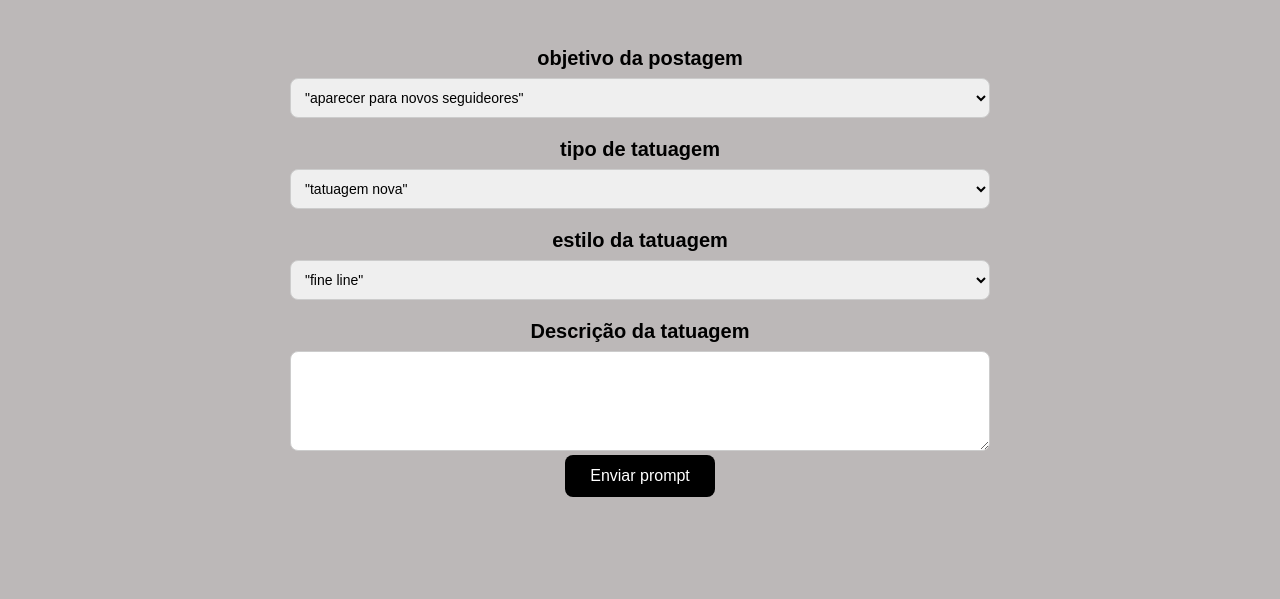
Repository: Ubiratandev/ink_api
Page: ink_IA/ink_ia.html
These files come from the project's save history. The page is drawn as it stood at one moment and after the next save; the edit follows.
The browser window is 1280 px wide. The pictures show the whole page.

Above is the page before, as saved 2026-03-25 00:14:24.

### ink_IA/ink_ia.html
<!DOCTYPE html>
<html>
<head>
    <link rel="stylesheet" href="styles.css">
    <title>Ink IA</title>
</head>
<body>
   <div class="objetivo">
    <h2>objetivo da postagem</h2>
    <select value = "Objetivo da postagem:" id = "objetivo" onchange={changeObjetivo()}>
    <optgroup>
        <option value = "aparecer para novos seguideores"> "aparecer para novos seguideores"</option>
        <option value = "engajar com pessoas que ja viram as suas postagens">"engajar com pessoas que ja viram as suas postagens"</option>
        <option value = "vender para pessoas que ja engajaram com voce">"vender para pessoas que ja engajaram com voce"</option>
    </optgroup>
   </select>
   <script>
    const changeObjetivo =()=>{
   const objetivo = document.getElementById("objetivo").value;
   }
   </script>
   </div>

   <div class="tipo_tatuagem">


    <h2>tipo de tatuagem</h2>
    <select value = "tipo de tatuagem" id ="tipo" onchange={changeTipo()}>
    <optgroup>
        <option value = "tatuagem nova"> "tatuagem nova"</option>
        <option value = "cobertura">"cobertura"</option>
        <option value = "reforma">"reforma"</option>
    </optgroup>
   </select>
   <script>
   const changeTipo =()=>{
    const tipo = document.getElementById("tipo").value;
   }
   </script>
   </div>



   <div class="estilo">


    <h2>estilo da tatuagem</h2>
    <select value = "estilo da tatuagem" id = "estilo" onchange = {changeEstilo()}>
    <optgroup>
        <option value = "fine line"> "fine line"</option>
        <option value = "realismo preto e cinza">"realismo preto e cinza"</option>
        <option value = "realismo colorido">"realismo colorido"</option>
        <option value = "neotradicional">"neotradicional"</option>

    </optgroup>
   </select>
   <script>
    const changeEstilo = ()=>{
        const estilo = document.getElementById("estilo").value;
    }
   </script>
   </div>

<div>
  <h2>Descrição da tatuagem</h2>

  <textarea id="descricao"></textarea>


  <script>
    let desc = "";

    const descricao = document.getElementById("descricao");

    descricao.addEventListener("input", () => {
      desc = descricao.value;

    });
  </script>
</div>

<script>
    function abrirModal(texto) {
  document.getElementById("conteudoResposta").innerText = texto;
  document.getElementById("modal").style.display = "block";
}

function fecharModal() {
  document.getElementById("modal").style.display = "none";
}
</script>

    <div id="modal" style="display:none; position:fixed; top:0; left:0; width:100%; height:100%; background:rgba(0,0,0,0.6);">

  <div style="background:white; padding:20px; margin:10% auto; width:60%; border-radius:10px;">

    <button onclick="fecharModal()">X</button>

    <h3>Resultado</h3>
    <p id="conteudoResposta"></p>

  </div>

</div>


   <div>
<button onclick="enviarPrompt()">Enviar prompt</button>
   <script>
    const enviarPrompt =()=>{
        let prompt = `Você é um especialista em marketing para tatuadores.

Crie uma legenda para Instagram com base EXCLUSIVAMENTE nas informações abaixo:

Descrição: ${desc}
Tipo: ${tipo}
Estilo: ${estilo}
Objetivo: ${objetivo}

REGRAS IMPORTANTES:
- NÃO invente elementos que não estão na descrição
- NÃO substitua palavras por sinônimos (ex: borboleta ≠ mariposa)
- Use exatamente os conceitos fornecidos
- Seja fiel à descrição
- Não adicione nada que não seja referente a postagem, nem comentarios nem observações

A legenda deve:
- Ser envolvente e natural
- Conversar com o público de tatuagem
- Incluir um CTA sutil

Inclua também:
- 10 hashtags relevantes BASEADAS SOMENTE na descrição

Formato:

Legenda:
CTA:
Hashtags:`
enviar(prompt)
    }
   </script>
   </div>

   <script>
    async function enviar(prompt) {

  const response = await fetch("http://localhost:5000/gerar", {
    method: "POST",
    headers: {
      "Content-Type": "application/json"
    },
    body: JSON.stringify({
      prompt: prompt
    })
  });

  const data = await response.json();
abrirModal(data.resposta);
  console.log(data.resposta);

}
   </script>
</body>
</html>

### ink_IA/styles.css
/* RESET básico */
body {
  margin: 0;
  padding: 15px;
  font-family: Arial, sans-serif;
  background: #bcb8b8;
  justify-content:center;
  align-items:center;
  text-align:center;


}

/* títulos */
h2 {
  font-size: 18px;
  margin-bottom: 8px;
}

/* containers */
.objetivo,
.tipo_tatuagem,
.estilo,
div {
  margin-bottom: 20px;
}

/* inputs */
select,
textarea {
  width: 100%;
  padding: 10px;
  border-radius: 8px;
  border: 1px solid #ccc;
  font-size: 14px;
  box-sizing: border-box;
}

/* textarea */
textarea {
  min-height: 100px;
  resize: vertical;
}

/* botão */
button {
  width: 100%;
  padding: 12px;
  background: black;
  color: white;
  border: none;
  border-radius: 8px;
  font-size: 16px;
  cursor: pointer;
  margin:auto;
}

button:hover {
  background: #333;
}

/* MODAL */
#modal {
  display: none;
  position: fixed;
  top: 0;
  left: 0;
  width: 100%;
  height: 100%;
  background: rgba(0,0,0,0.6);
}

#modal .box {
  background: white;
  padding: 20px;
  margin: 20% auto;
  width: 90%;
  border-radius: 10px;
  max-height: 70vh;
  overflow-y: auto;
}

/* texto do modal */
#conteudoResposta {
  white-space: pre-line;
  font-size: 14px;
  line-height: 1.5;
}

/* botão fechar */
#modal button {
  width: auto;
  background: red;
  margin-bottom: 10px;
}



@media (min-width: 768px) {

  body {
    padding: 30px;
  }

  /* centraliza layout */
  body > div {
    max-width: 700px;
    margin: auto;
  }

  button {
    width: auto;
    padding: 12px 25px;
  }

  #modal .box {
    width: 60%;
    margin: 10% auto;
  }

  h2 {
    font-size: 20px;
  }
}

After the next save:
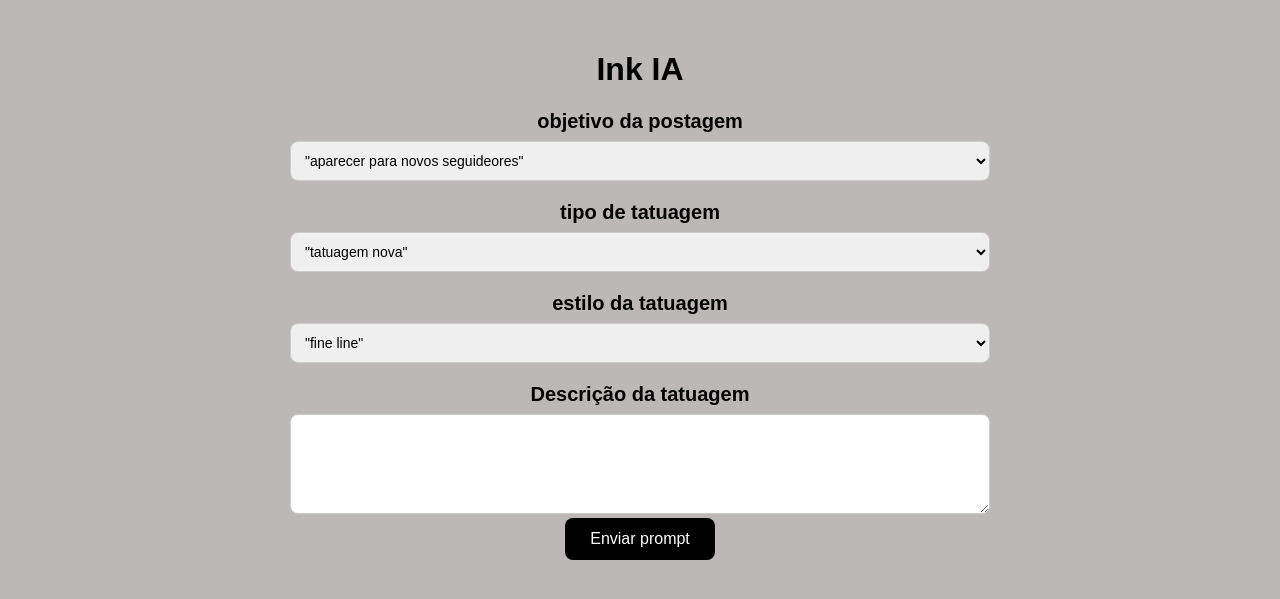
Saved 55 s later.
--- a/ink_IA/ink_ia.html
+++ b/ink_IA/ink_ia.html
@@ -4,6 +4,9 @@
     <link rel="stylesheet" href="styles.css">
     <title>Ink IA</title>
 </head>
+<header>
+    <h1>Ink IA</h1>
+</header>
 <body>
    <div class="objetivo">
     <h2>objetivo da postagem</h2>
